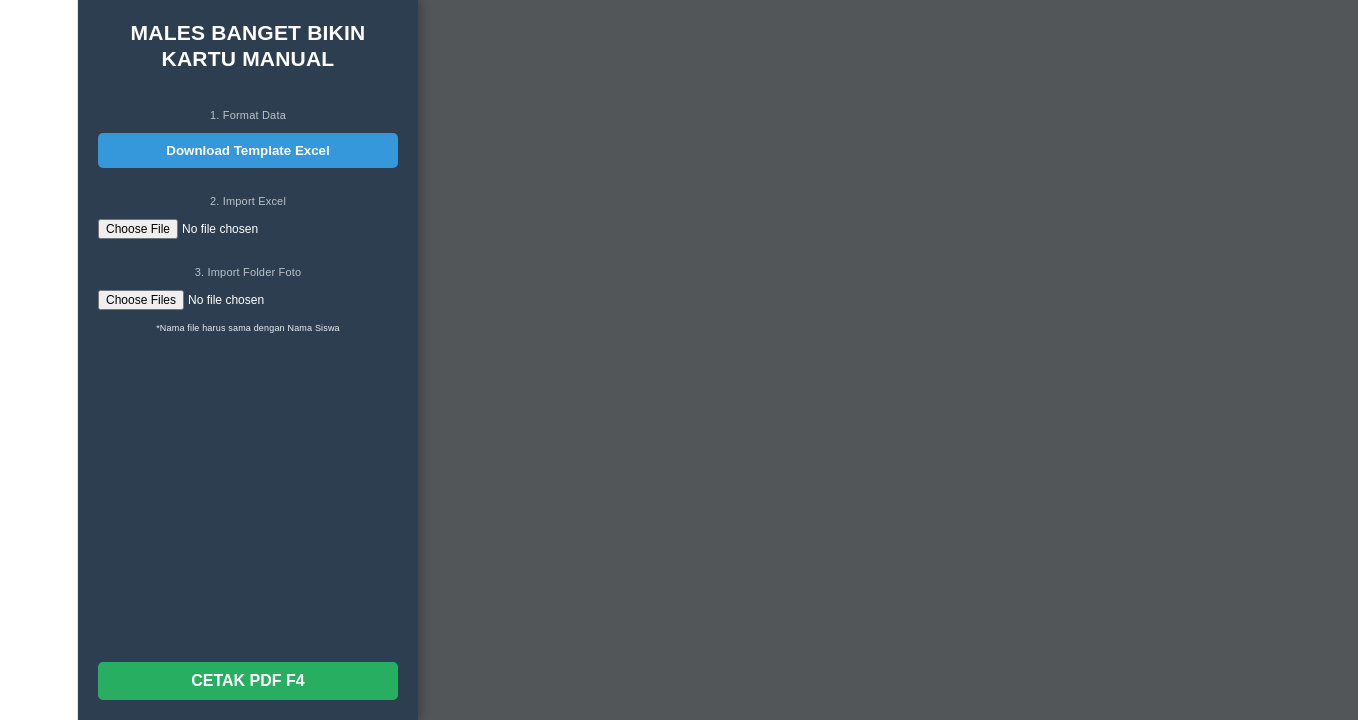
Repository: UsmanAzizz/generator-kartu-tes
Page: /
The author's editor kept a copy of each file at every save. The page is drawn from the files as they stood at one save, then again after the next save.
The browser window is 1280 px wide. The page is 1358 px wide, so the pictures cover 1358 px, including what lies to the right of the window. The pictures show the whole page.
The project was rebuilt for these pictures with package versions that can differ from the ones it lists, and the page was loaded fresh each time. Also part of the build but not shown: vite.config.js.

Above is the page before, as saved 2026-03-18 17:04:02.

After the next save:
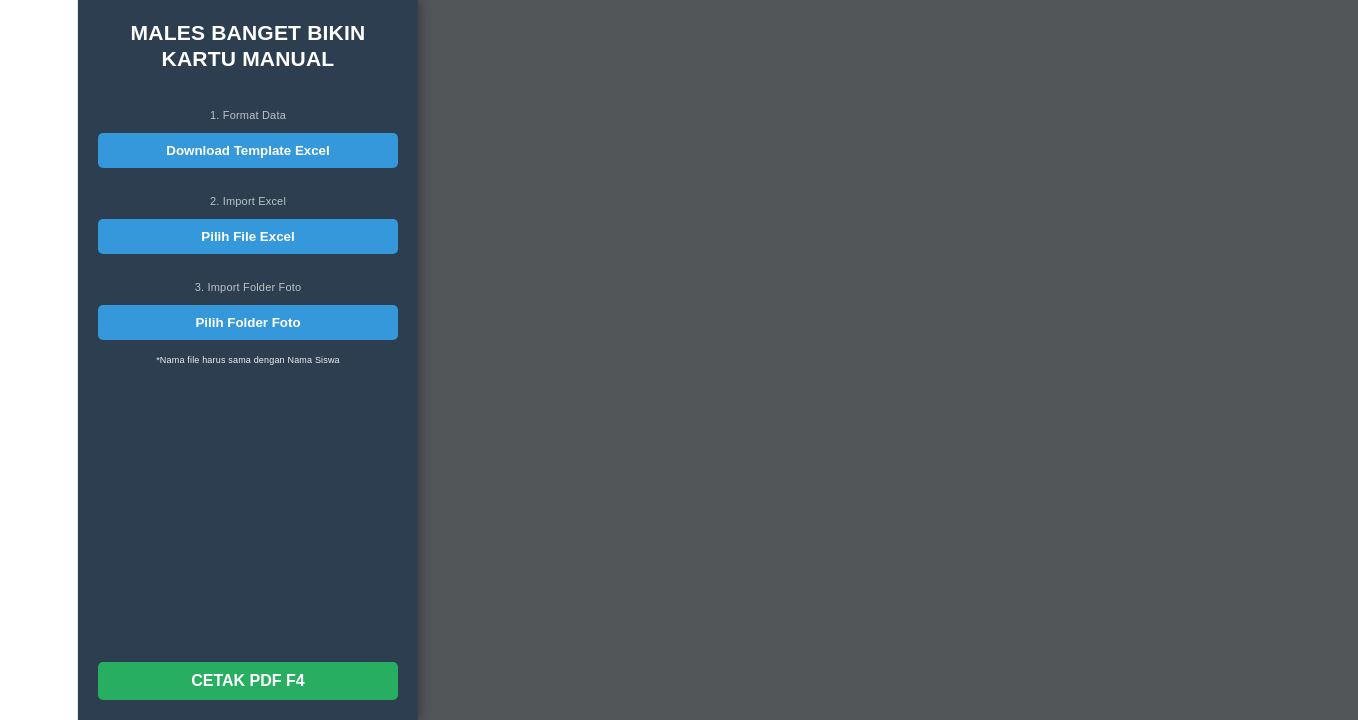
Saved 39 s later.
--- a/src/App.jsx
+++ b/src/App.jsx
@@ -144,21 +144,54 @@
         <div style={styles.sidebar}>
           <h3 style={{margin: '0 0 10px 0'}}>MALES BANGET BIKIN KARTU MANUAL</h3>
 
-          <div style={{display: 'flex', flexDirection: 'column', gap: '5px'}}>
-            <label style={{fontSize: '11px', color: '#bdc3c7'}}>1. Format Data</label>
-            <button style={styles.sideBtn} onClick={downloadTemplate}>Download Template Excel</button>
-          </div>
-
-          <div style={{display: 'flex', flexDirection: 'column', gap: '5px'}}>
-            <label style={{fontSize: '11px', color: '#bdc3c7'}}>2. Import Excel</label>
-            <input type="file" accept=".xlsx" onChange={handleExcelUpload} style={{fontSize: '12px'}} />
-          </div>
-
-          <div style={{display: 'flex', flexDirection: 'column', gap: '5px'}}>
-            <label style={{fontSize: '11px', color: '#bdc3c7'}}>3. Import Folder Foto</label>
-            <input type="file" webkitdirectory="true" multiple onChange={handleFolderUpload} style={{fontSize: '12px'}} />
-            <small style={{fontSize: '9px', color: '#ecf0f1'}}>*Nama file harus sama dengan Nama Siswa</small>
-          </div>
+         {/* 1. DOWNLOAD TEMPLATE */}
+  <div style={{ display: 'flex', flexDirection: 'column', gap: '5px' }}>
+    <label style={{ fontSize: '11px', color: '#bdc3c7' }}>1. Format Data</label>
+    <button style={styles.sideBtn} onClick={downloadTemplate}>
+      Download Template Excel
+    </button>
+  </div>
+
+  {/* 2. IMPORT EXCEL */}
+  <div style={{ display: 'flex', flexDirection: 'column', gap: '5px' }}>
+    <label style={{ fontSize: '11px', color: '#bdc3c7' }}>2. Import Excel</label>
+    <input
+      type="file"
+      id="excelInput"
+      accept=".xlsx"
+      onChange={handleExcelUpload}
+      style={{ display: 'none' }} // Sembunyikan input asli
+    />
+    <button
+      style={styles.sideBtn}
+      onClick={() => document.getElementById('excelInput').click()}
+    >
+      Pilih File Excel
+    </button>
+  </div>
+
+  {/* 3. IMPORT FOLDER FOTO */}
+  <div style={{ display: 'flex', flexDirection: 'column', gap: '5px' }}>
+    <label style={{ fontSize: '11px', color: '#bdc3c7' }}>3. Import Folder Foto</label>
+    <input
+      type="file"
+      id="folderInput"
+      webkitdirectory="true"
+      directory=""
+      multiple
+      onChange={handleFolderUpload}
+      style={{ display: 'none' }} // Sembunyikan input asli
+    />
+    <button
+      style={styles.sideBtn}
+      onClick={() => document.getElementById('folderInput').click()}
+    >
+      Pilih Folder Foto
+    </button>
+    <small style={{ fontSize: '9px', color: '#ecf0f1', marginTop: '2px' }}>
+      *Nama file harus sama dengan Nama Siswa
+    </small>
+  </div>
 
           <button
             style={{...styles.sideBtn, backgroundColor: '#27ae60', marginTop: 'auto', fontSize: '16px'}}
